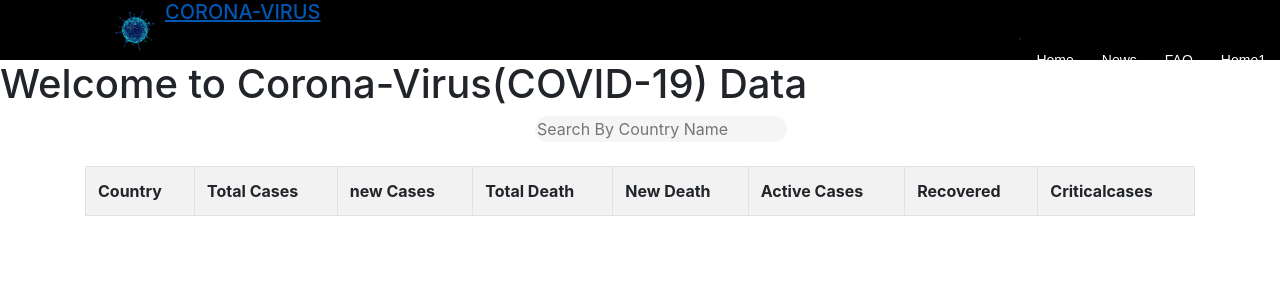
Repository: xthashankar/COVID-19-data-
Page: index.html
The author's editor kept a copy of each file at every save. The page is drawn from the files as they stood at one save, then again after the next save.
The browser window is 1280 px wide. The pictures show the whole page.
The page's requests for data from a server got no answer.

Above is the page before, as saved 2020-04-16 12:21:15.

### index.html
<!DOCTYPE html>
<html lang="en">
<head>
    <meta charset="UTF-8">
    <meta name="viewport" content="width=device-width, initial-scale=1.0">
    <link rel="stylesheet" href="https://maxcdn.bootstrapcdn.com/bootstrap/4.4.1/css/bootstrap.min.css">
     <script src="https://ajax.googleapis.com/ajax/libs/jquery/3.4.1/jquery.min.js"></script>
     <script src="https://cdnjs.cloudflare.com/ajax/libs/popper.js/1.16.0/umd/popper.min.js"></script>
    <script src="https://maxcdn.bootstrapcdn.com/bootstrap/4.4.1/js/bootstrap.min.js"></script>
    <link rel="stylesheet" href="css/styles.css">
    <title>Document</title>
</head>
<body>

   <nav>
       <a href="index.html">
            <img src="image/coronavirus.png" style="margin:5px;
            margin-left: 110px;">
            <h5>CORONA-VIRUS</h5>
        </a>
        <ul>
            <li><a  href="#">Home1</a></li>
            <li><a href="#">FAQ</a>
                <ul>
                    <li><a href= "">Nepali</a></li>
                    <li><a href="">English</a></li>
                </ul>
                </li>
            <li><a href="#">News</a></li>`

            <li><a href="#">Home</a></li>
        </ul>
    </nav>


    <h1>Welcome to Corona-Virus(COVID-19) Data </h1>
    <input type="text" name="filter" id="search" placeholder="Search By Country Name" onkeyup="search()">
    <div class="container">

        <br>
        <table class="table table-bordered  table-striped">
            <thread>
                <tr>
                    <th>Country</th>
                    <th>Total Cases</th>
                    <th>new Cases</th>
                    <th>Total Death</th>
                    <th>New Death</th>
                    <th>Active Cases</th>
                    <th>Recovered</th>
                    <th>Criticalcases</th>
            </tr>
            </thread>
            <tbody  id="coranavirus">
            </tbody>
        </table>
    </div>
</body>
<script src="javascript/main.js"></script>
</html>

### css/styles.css
/*
ul{

  overflow: hidden;
  background-color:#333;
}
li{
 float:right;
}
li a{

  display: block;
  color:white;
  text-align: center;
  padding: 14px 16px;
  text-decoration: none;
}
li a:hover{
  background-color: #111;
}



.dropbtn {
  background-color:black;
  color: white;
  padding: 16px;
  font-size: 16px;
  border: none;

}

.dropdown {
  position: relative;
  display: inline-block;

}

ul.dropdown-content {
  display: none;
  position: absolute;
  background-color: #f1f1f1;
  min-width: 160px;
  box-shadow: 0px 8px 16px 0px rgba(0,0,0,0.2);
  z-index: 0;
}

.dropdown-content a {
  color: black;
  padding: 12px 16px;
  text-decoration: none;
  display: block;
}

ul.dropdown-content a:hover {background-color: yellow;}

.dropdown:hover .dropdown-content {display: block;}

.dropdown:hover .dropbtn {background-color: red;} */
/*
*{
  margin:0;
  padding:0;
} */
nav{
  width:100%;
  height:60px;
  background-color:black;
}

nav img{
  height: 50px;
  width: 50px;
  float: left;
}

nav p{
  /* margin-left: 0px; */
  font-family:arial;
  color:whitesmoke;
  font-size:12px  ;
  line-height:59px;
  float:left;
}
nav ul{
  overflow:visible;
  list-style-type:none;
  float:right;
}
nav ul li{
  float:right;
  list-style: none;
  position: relative;

}
nav ul li a{
  display:block;
  font-family:arial;
  color:white;
  font-size:14px  ;
  padding:18px 14px;
  text-decoration:none;
  cursor: pointer;

}
nav ul li ul {
  display:none;
  position: absolute;
  background-color:black;
  padding: 10px;
  border-radius: 0px 0px 4px 4px;
}
nav ul li:hover ul {
  display:block;
  text-decoration:none; list-style: none;


}
nav ul li ul li{
   width:auto;
   border-radius:4px;
}
nav ul li ul li a {
  padding:8px 14px;
}
nav ul li ul li a:hover {
  background-color:whitesmoke ;
}


h1{
  text-align: justify;
}
#search{
  border-radius: 10px;
  margin:5 auto;
  border-radius: 10px;
  margin-left: 535px;
  border: none;
  border-radius: 15px;
  background-color:whitesmoke;
}

### javascript/main.js
// let who='';
let URL='https://nepalcorona.info/api/v1/data/world'
fetch(URL)
.then(function(response){
   return response.json()
}).then(function(covid){
//    console.log(covid);
       if(covid.length>0)
       {
           var coviddata='';
           covid.forEach(function(data){
            // coviddata +="<tr>";
            if(data.country!="")
            {
            coviddata +="<tr><td>"+data.country+"</td>";
            coviddata +="<td>"+data.totalCases+"</td>";
            coviddata +="<td>"+data.newCases+"</td>";
            coviddata +="<td>"+data.totalDeaths+"</td>";
            coviddata +="<td>"+data.newDeaths+"</td>";
            coviddata +="<td>"+data.activeCases+"</td>";
            coviddata +="<td>"+data.totalRecovered+"</td>";
            coviddata +="<td>"+data.criticalCases+"</td></tr>";
            console.log(coviddata);
            }
            document.getElementById('coranavirus').innerHTML=coviddata;
           })
       }
   })
   //for search
function search(){
    let filter=document.getElementById("search").value.toUpperCase();
    let table=document.getElementById("coranavirus");
    let tr=table.getElementsByTagName("tr");
    for(let i=0;i<tr.length;i++)
    {
     let td=tr[i].getElementsByTagName("td")[0];
        if(td)
        {
         let txtValue=td.textContent||td.innerText;
         if(txtValue.toUpperCase().indexOf(filter)>-1)
            {
            tr[i].style.display="";
            }else
            {
            tr[i].style.display="none";
            }
        }
    }
}

After the next save:
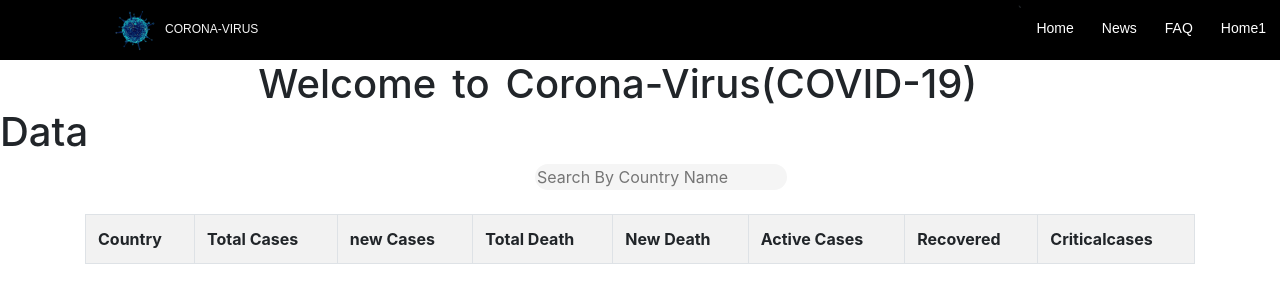
Saved 41 s later.
--- a/css/styles.css
+++ b/css/styles.css
@@ -74,8 +74,8 @@ nav img{
   float: left;
 }
 
-nav p{
-  /* margin-left: 0px; */
+nav h5{
+  /*margin-left: 0px; */
   font-family:arial;
   color:whitesmoke;
   font-size:12px  ;

After the save that followed:
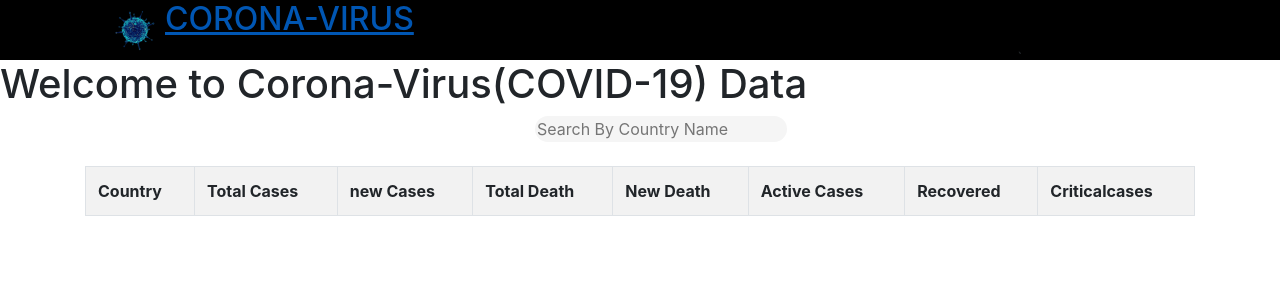
Saved 22 s later.
--- a/index.html
+++ b/index.html
@@ -16,7 +16,7 @@
        <a href="index.html">
             <img src="image/coronavirus.png" style="margin:5px;
             margin-left: 110px;">
-            <h5>CORONA-VIRUS</h5>
+            <h2>CORONA-VIRUS</h2>
         </a>
         <ul>
             <li><a  href="#">Home1</a></li>
